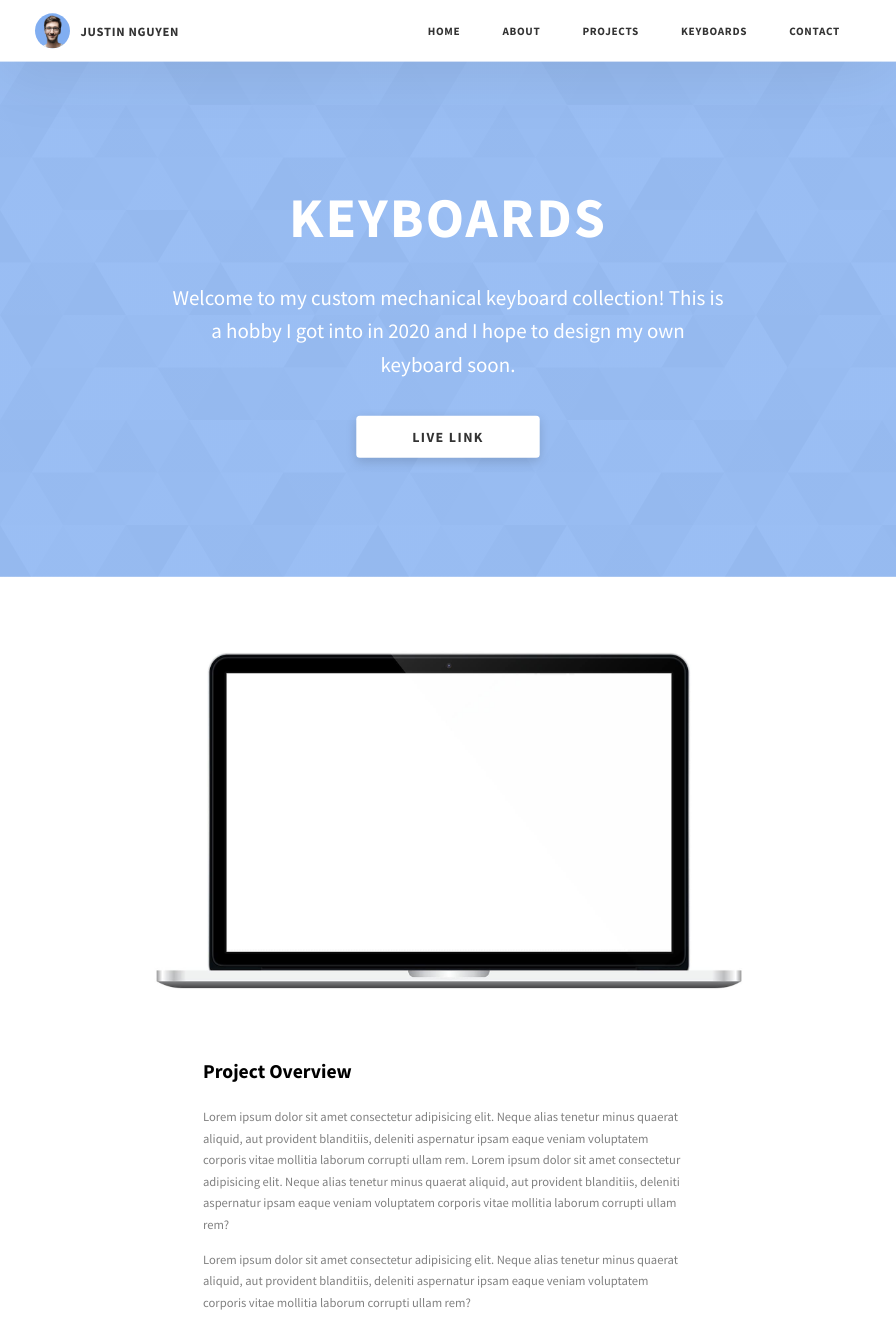
Repository: justinknguyen/Personal-Portfolio
Page: keyboards.html
An editor plug-in stored every save of this project. The page is shown before and after the next save, followed by the edit.
The browser window is 1280 px wide. The pictures show the part of the page from y = 0 to 1920 px (the page is 2775 px tall before and 2679 px after), at 70% of full size.
The style sheet was rebuilt from its Sass, Less or Tailwind sources for each picture, by a compiler version that may differ from the author's.

Above is the page before, as saved 2022-09-10 14:51:26.
Console error: TypeError: Cannot read properties of undefined (reading 'style')

After the next save:
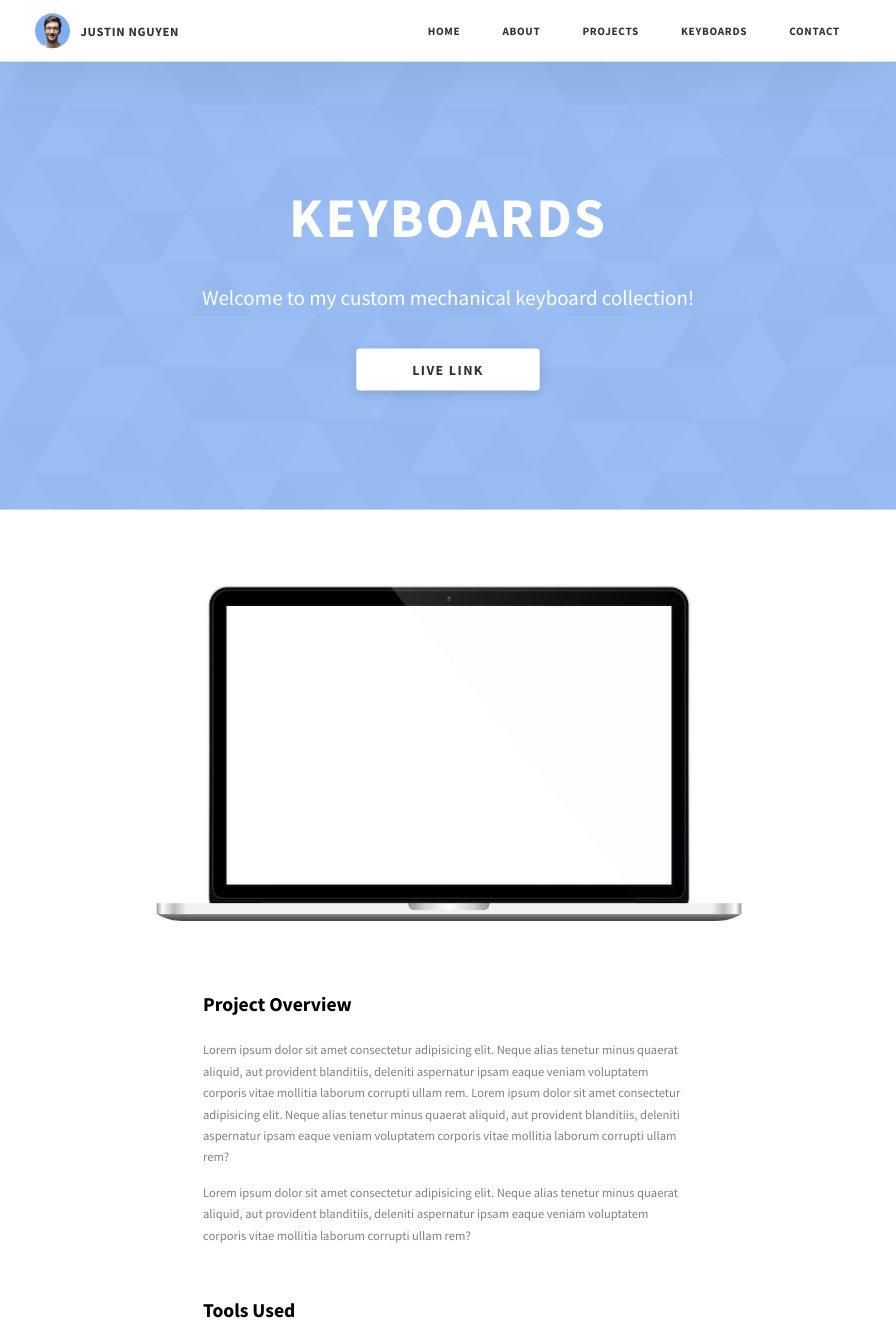
Saved 50 s later.
--- a/keyboards.html
+++ b/keyboards.html
@@ -102,7 +102,6 @@
         <div class="project-cs-hero__info">
           <p class="text-primary">
             Welcome to my custom mechanical keyboard collection!
-            This is a hobby I got into in 2020 and I hope to design my own keyboard soon.
           </p>
         </div>
         <div class="project-cs-hero__cta">
